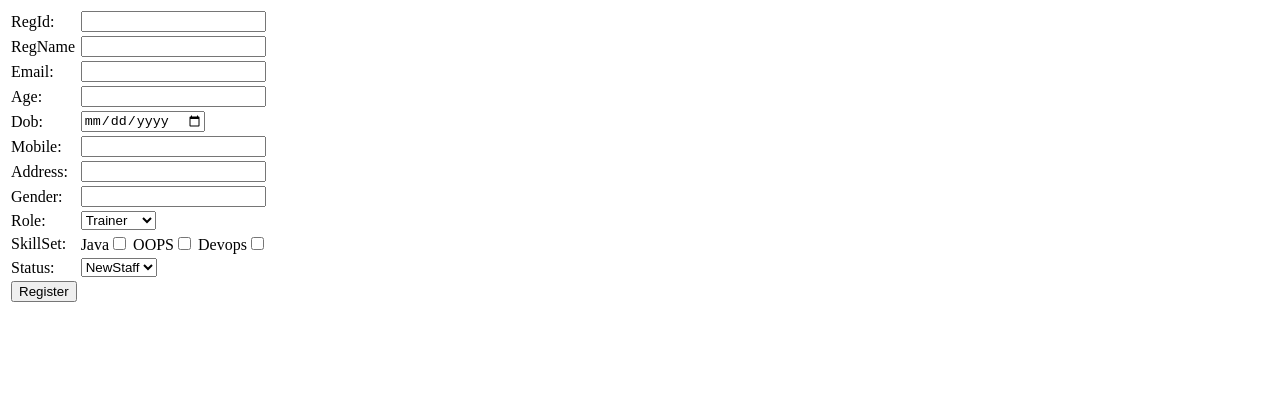
Repository: Karthi-Mano/AdvanceJavaPrograms
Page: http://localhost/CEBProject/registerform.jsp
The author's editor kept a copy of each file at every save. The page is drawn from the files as they stood at one save, then again after the next save.
The browser window is 1280 px wide. The pictures show the whole page.
The page is served by Tomcat 9. Other server files are loaded and not shown.

Above is the page before, as saved 2018-05-09 18:41:10.

### CEBProject/WebContent/registerform.jsp
<%@ page language="java" contentType="text/html; charset=ISO-8859-1"
    pageEncoding="ISO-8859-1"%>
<!DOCTYPE html PUBLIC "-//W3C//DTD HTML 4.01 Transitional//EN" "http://www.w3.org/TR/html4/loose.dtd">
<html>
<head>
<meta http-equiv="Content-Type" content="text/html; charset=ISO-8859-1">
<title>Insert title here</title>
</head>
<body>

<form action="" method="get">
<table>
<tr><td>RegId:</td><td><input type="text" name=""/></td></tr>
<tr><td>RegName</td><td><input type="text" name=""/></td></tr>
<tr><td>Email:</td><td><input type="text" name=""/></td></tr>
<tr><td>Age:</td><td><input type="text" name=""/></td></tr>
<tr><td>Dob:</td><td><input type="date" name=""/></td></tr>
<tr><td>Mobile:</td><td><input type="text" name=""/></td></tr>
<tr><td>Address:</td><td><input type="text" name=""/></td></tr>
<tr><td>Gender:</td><td><input type="text" name=""/></td></tr>
<tr><td>Role:</td><td><select>
<option>Trainer</option>
<option>Mentor</option>
<option>Manager</option>
</select></td></tr>
<tr><td>SkillSet:</td><td>Java<input type="checkbox" name=""/>
OOPS<input type="checkbox" name=""/>
Devops<input type="checkbox" name=""/>
</td></tr>
<tr><td>Status:</td><td>
<select>
<option>NewStaff</option>
<option>OldStaff</option>
</select>
</td></tr>
<tr><td><input type="submit" value="Register"/></td></tr>
</table>
</form>

</body>
</html>

After the next save:
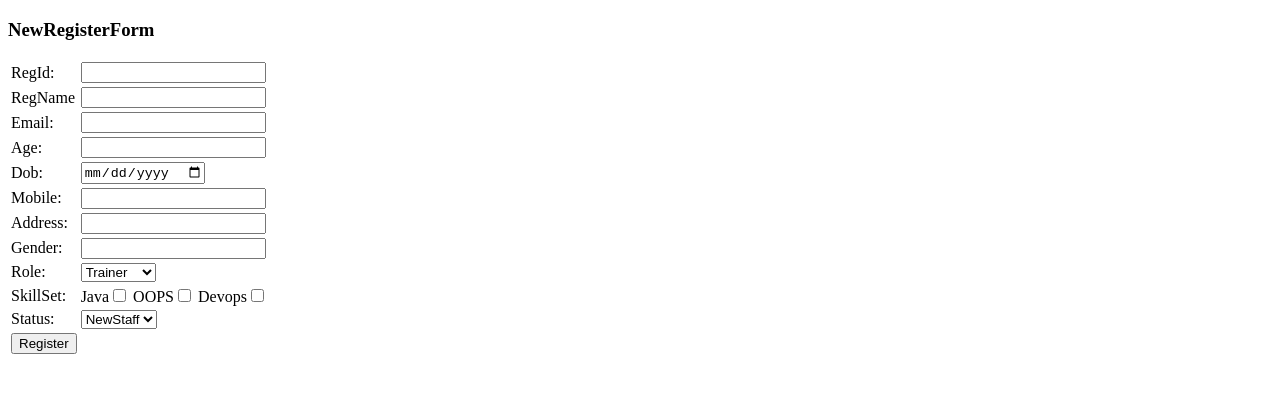
Saved 66 s later.
--- a/CEBProject/WebContent/registerform.jsp
+++ b/CEBProject/WebContent/registerform.jsp
@@ -7,7 +7,7 @@
 <title>Insert title here</title>
 </head>
 <body>
-
+<h3>NewRegisterForm</h3>
 <form action="" method="get">
 <table>
 <tr><td>RegId:</td><td><input type="text" name=""/></td></tr>
